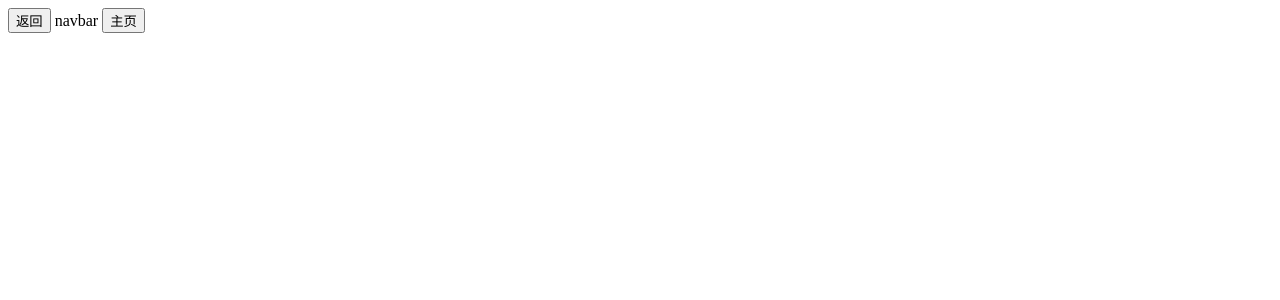
Repository: xiemin2161/mytest
Page: 01-组件.html
An editor plug-in stored every save of this project. The page is shown before and after the next save, followed by the edit.
The browser window is 1280 px wide. The pictures show the whole page.

Above is the page before, as saved 2023-02-01 16:51:22.

After the next save:
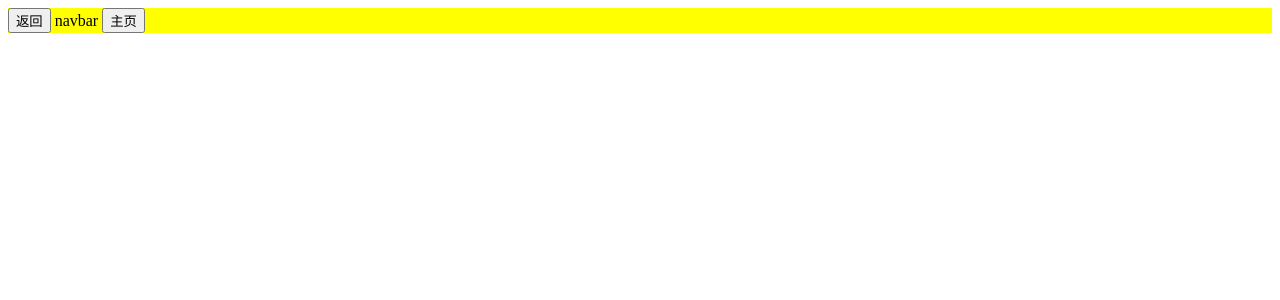
Saved 35 s later.
--- a/01-组件.html
+++ b/01-组件.html
@@ -23,7 +23,7 @@
       //1、全局定义组件（作用域隔离）
       Vue.component("navbar", {
         template: `
-        <div>
+        <div style="background:yellow">
           <button @click="handleback()">返回</button>
           navbar
           <button>主页</button>

After the save that followed:
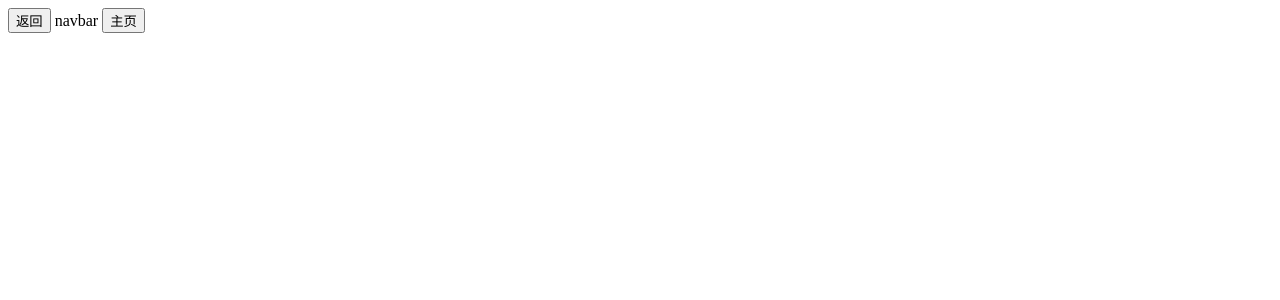
Saved 13 s later.
--- a/01-组件.html
+++ b/01-组件.html
@@ -23,7 +23,7 @@
       //1、全局定义组件（作用域隔离）
       Vue.component("navbar", {
         template: `
-        <div style="background:yellow">
+        <div>
           <button @click="handleback()">返回</button>
           navbar
           <button>主页</button>
